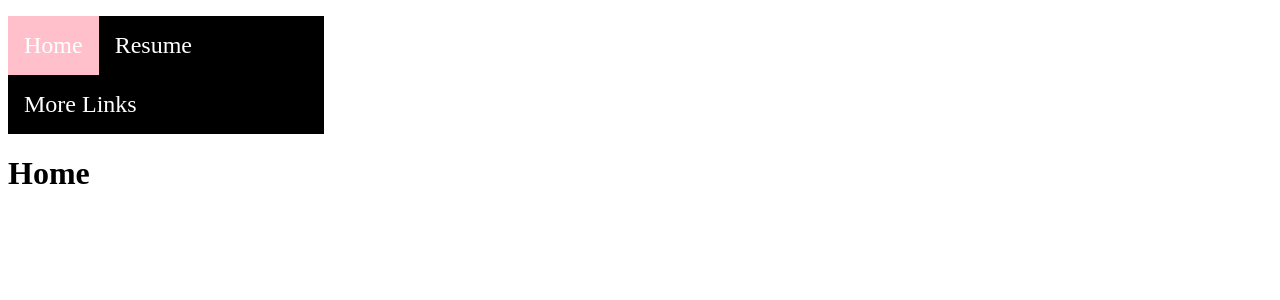
Repository: Peng-uin/Peng-uin.github.io
Page: index.html
The author's editor kept a record of every edit. The page is drawn from the files as they stood at one moment, then again after the next edit.
The browser window is 1280 px wide. The pictures show the whole page.

Above is the page before.

### index.html
<!DOCTYPE html>
<html>
    <head>
        <title>Page Title</title>
        <link rel="stylesheet" type="text/css" href="style.css">
    </head>
    <body>
        <ul class="navbar">
            <li class="active"><a href="index.html">Home</a></li>
            <li><a href="resume.html">Resume</a></li>
            <li class="dropdown">
                <div>More Links</div>
                <ul class="dropdown-content">
                    <li><a href="#">Project no.1</a></li>
                     <li><a href="#">Project no.2</a></li>
                      <li><a href="#">Project no.3</a></li>
                </ul>

            </li>
        </ul>
        <h1>Home</h1>
    </body>
</html>

### style.css
.navbar{
                list-style: none;
                background-color: black;
                overflow: hidden;
                padding: 0;
                width: 25%;
            }
            .navbar a, .dropdown div{
                text-decoration: none;
                color: white;
                font-size:24px;
                padding: 16px;
                display: inline-block;
            }
            .navbar li{
                float: left;
            }
            .navbar li:hover{
                background-color: pink;
            }
            .dropdown-content{
                list-style: none;
                padding: 0;
                display: none;
                position: absolute;
                z-index: 1;
                background-color: black;
            }
            .dropdown-content li{
                float:none;
            }
            .dropdown:hover .dropdown-content{
                display: block;

            }
            .active{
                background-color: pink;
            }

After the next edit:
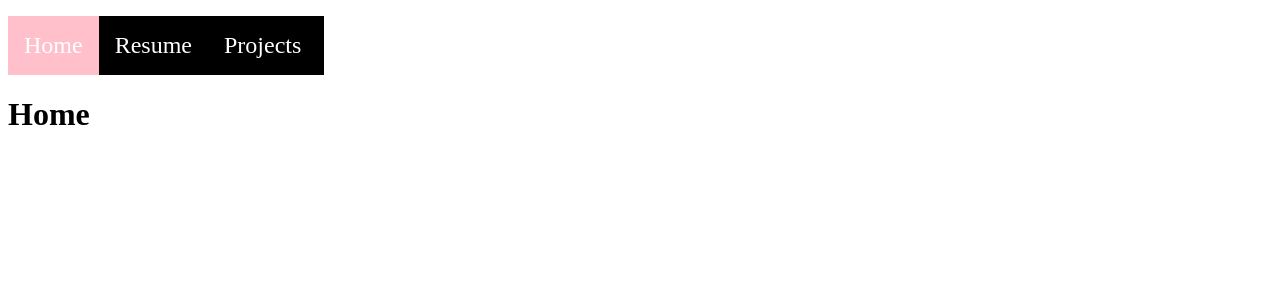
The edit:
--- a/index.html
+++ b/index.html
@@ -9,7 +9,7 @@
             <li class="active"><a href="index.html">Home</a></li>
             <li><a href="resume.html">Resume</a></li>
             <li class="dropdown">
-                <div>More Links</div>
+                <div>Projects</div>
                 <ul class="dropdown-content">
                     <li><a href="#">Project no.1</a></li>
                      <li><a href="#">Project no.2</a></li>
